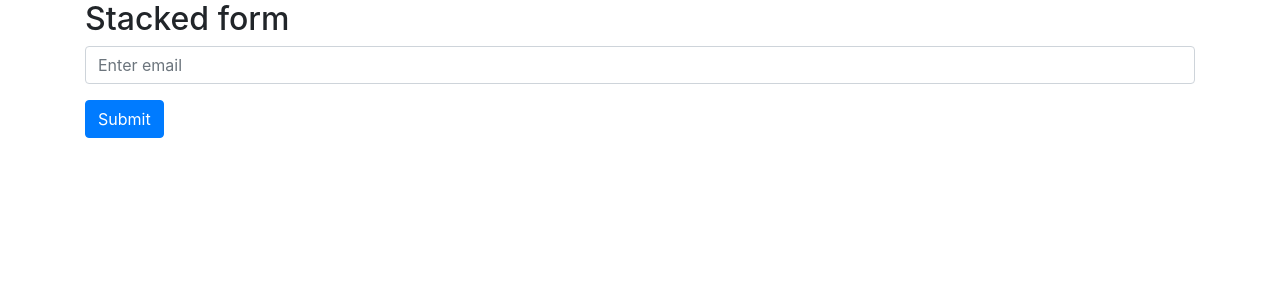
Repository: mijeon/egove_workspace
Page: http://localhost/commentBoard/board/write.jsp
An editor plug-in stored every save of this project. The page is shown before and after the next save, followed by the edit.
The browser window is 1280 px wide. The pictures show the whole page.
The page is served by Tomcat 9.

Above is the page before, as saved 2023-06-17 08:01:06.

After the next save:
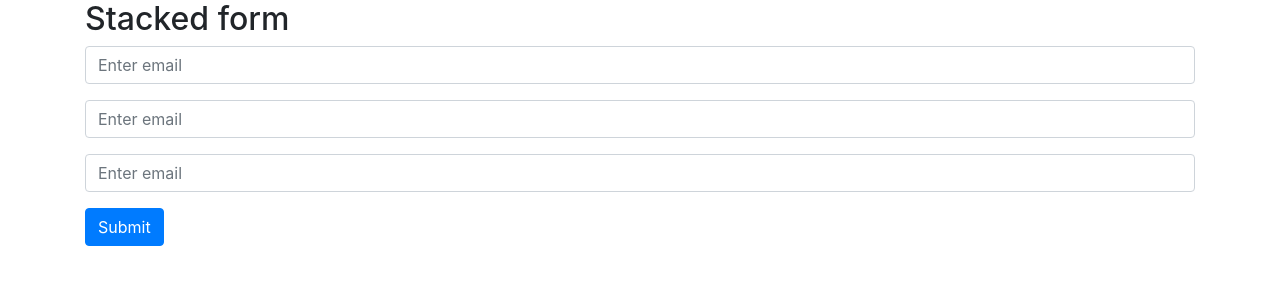
Saved 17 s later.
--- a/commentBoard/WebContent/board/write.jsp
+++ b/commentBoard/WebContent/board/write.jsp
@@ -19,9 +19,19 @@
 	<div class="container">
 		<h2>Stacked form</h2>
 		<form action="/action_page.php">
+
 			<div class="form-group">
 				<input type="email" class="form-control" id="email" placeholder="Enter email" name="email">
 			</div>
+
+			<div class="form-group">
+				<input type="email" class="form-control" id="email" placeholder="Enter email" name="email">
+			</div>
+
+			<div class="form-group">
+				<input type="email" class="form-control" id="email" placeholder="Enter email" name="email">
+			</div>
+
 			<button type="submit" class="btn btn-primary">Submit</button>
 		</form>
 	</div>
